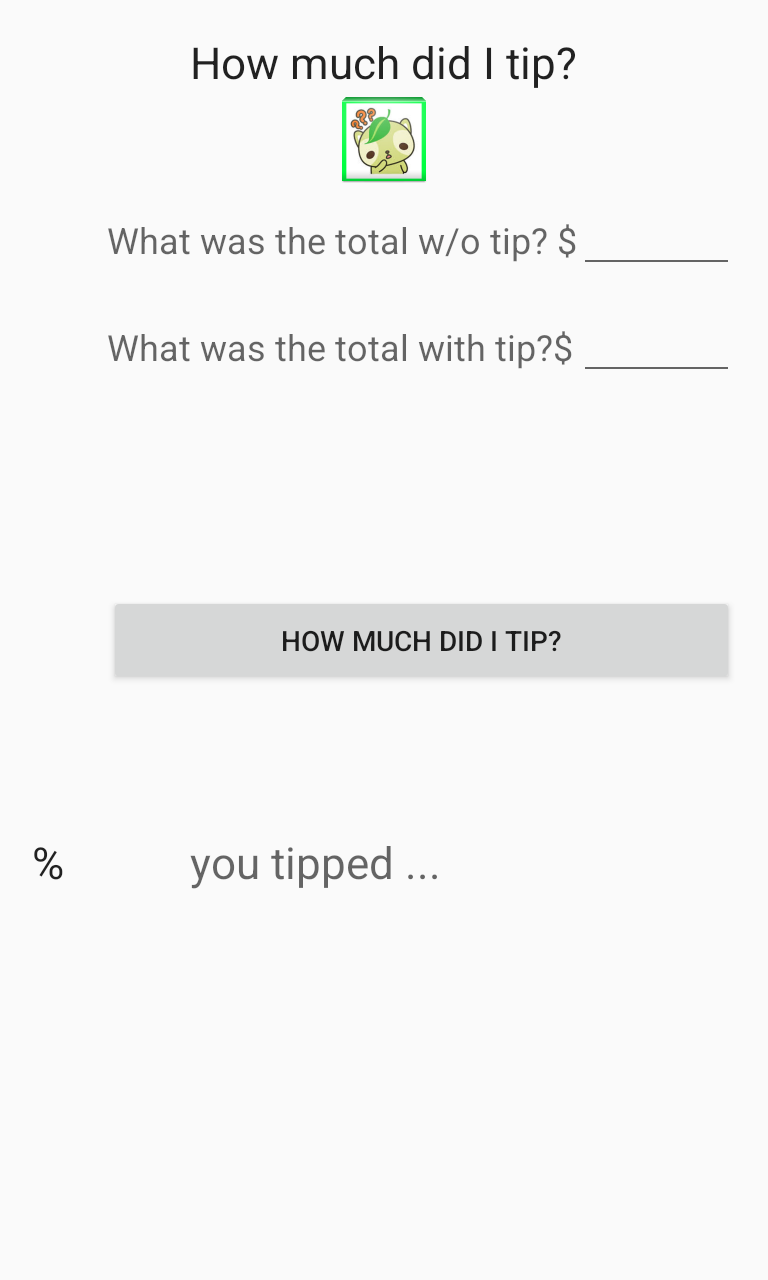
Repository: any027/BillHelper
Layout: BillHelper/res/layout/did_i_tip.xml
The author's editor kept a copy of each file at every save. The layout is drawn from the files as they stood at one save, then again after the next save.
It is drawn on a 768 x 1280 px phone screen (xhdpi) without system bars, with theme AppTheme; the app's code is not run.

Above is the layout before, as saved 2015-06-29 18:48:10.

### BillHelper/res/layout/did_i_tip.xml
<RelativeLayout xmlns:android="http://schemas.android.com/apk/res/android"
    xmlns:tools="http://schemas.android.com/tools"
    android:layout_width="match_parent"
    android:layout_height="match_parent"
    android:paddingBottom="@dimen/activity_vertical_margin"
    android:paddingLeft="@dimen/activity_horizontal_margin"
    android:paddingRight="@dimen/activity_horizontal_margin"
    android:paddingTop="@dimen/activity_vertical_margin"
    tools:context="com.example.billhelper.MainActivity$PlaceholderFragment" >

    <TextView
        android:id="@+id/section_label"
        android:layout_width="wrap_content"
        android:layout_height="wrap_content" />

    <TextView
        android:id="@+id/didTitle"
        android:layout_width="wrap_content"
        android:layout_height="wrap_content"
        android:layout_centerHorizontal="true"
        android:text="@string/did_i_tip"
        android:textAppearance="?android:attr/textAppearanceLarge" />

    <EditText
        android:id="@+id/totalWithoutTipVal"
        android:layout_width="wrap_content"
        android:layout_height="wrap_content"
        android:layout_alignBaseline="@+id/howMuchTotal"
        android:layout_alignBottom="@+id/howMuchTotal"
        android:layout_toRightOf="@+id/didTitle"
        android:ems="10"
        android:inputType="numberDecimal" />

    <ImageView
        android:id="@+id/didHelper"
        android:layout_width="wrap_content"
        android:layout_height="wrap_content"
        android:layout_below="@+id/didTitle"
        android:layout_centerHorizontal="true"
        android:src="@drawable/did_helper" />

    <TextView
        android:id="@+id/howMuchTotal"
        android:layout_width="wrap_content"
        android:layout_height="wrap_content"
        android:layout_below="@+id/didHelper"
        android:layout_marginTop="14dp"
        android:layout_toLeftOf="@+id/totalWithoutTipVal"
        android:text="What was the total w/o tip? $"
        android:textAppearance="?android:attr/textAppearanceMedium" />

    <TextView
        android:id="@+id/howMuchTipQuestiong"
        android:layout_width="wrap_content"
        android:layout_height="wrap_content"
        android:layout_alignLeft="@+id/howMuchTotal"
        android:layout_below="@+id/howMuchTotal"
        android:layout_marginTop="29dp"
        android:text="What was the total with tip?$"
        android:textAppearance="?android:attr/textAppearanceMedium" />

    <EditText
        android:id="@+id/totalWithTip"
        android:layout_width="wrap_content"
        android:layout_height="wrap_content"
        android:layout_alignBaseline="@+id/howMuchTipQuestiong"
        android:layout_alignBottom="@+id/howMuchTipQuestiong"
        android:layout_alignLeft="@+id/totalWithoutTipVal"
        android:ems="10"
        android:inputType="numberDecimal" />

    <Button
        android:id="@+id/FigureOutPercent"
        android:layout_width="wrap_content"
        android:layout_height="wrap_content"
        android:layout_alignLeft="@+id/howMuchTipQuestiong"
        android:layout_alignRight="@+id/totalWithTip"
        android:layout_centerVertical="true"
        android:text="HOw much did I tip?" />

    <TextView
        android:id="@+id/dollarSignDid"
        android:layout_width="wrap_content"
        android:layout_height="wrap_content"
        android:layout_alignLeft="@+id/section_label"
        android:layout_below="@+id/FigureOutPercent"
        android:layout_marginTop="72dp"
        android:text="%"
        android:textAppearance="?android:attr/textAppearanceLarge" />

    <TextView
        android:id="@+id/textView1"
        android:layout_width="wrap_content"
        android:layout_height="wrap_content"
        android:layout_alignBaseline="@+id/dollarSignDid"
        android:layout_alignBottom="@+id/dollarSignDid"
        android:layout_alignLeft="@+id/didTitle"
        android:layout_alignRight="@+id/FigureOutPercent"
        android:hint="you tipped ..."
        android:textAppearance="?android:attr/textAppearanceLarge" />

</RelativeLayout>

### BillHelper/res/values/strings.xml
<?xml version="1.0" encoding="utf-8"?>
<resources>

    <string name="app_name">Bill helper</string>
    <string name="title_section1">Home Screen</string>
    <string name="title_section2">How much do I tip?</string>
    <string name="title_section3">How much did I tip?</string>
    <string name="title_section4">I want to split the Bill</string>
    <string name="navigation_drawer_open">Open navigation drawer</string>
    <string name="navigation_drawer_close">Close navigation drawer</string>
    <string name="action_example">Example action</string>
    <string name="action_settings">Settings</string>
    <string name="welcome">Welcome to Bill Helper!</string>
    <string name="welcome_question">What do you need help with?</string>
    <string name="did_i_tip">How much did I tip?</string>
    <string name="do_i_tip">How much is tip?</string>
    <string name="splitting">I want to split the bill</string>
    <string name="bill_total">What was the total?</string>
    <string name="percent_tip">How much do you want to tip?</string>

</resources>

Loaded but not shown: BillHelper/res/values/styles.xml (common file); BillHelper/res/values-v11/styles.xml (common file); BillHelper/res/values-v14/styles.xml (common file); BillHelper/res/values/dimens.xml (common file); BillHelper/res/values-w820dp/dimens.xml (common file)

After the next save:
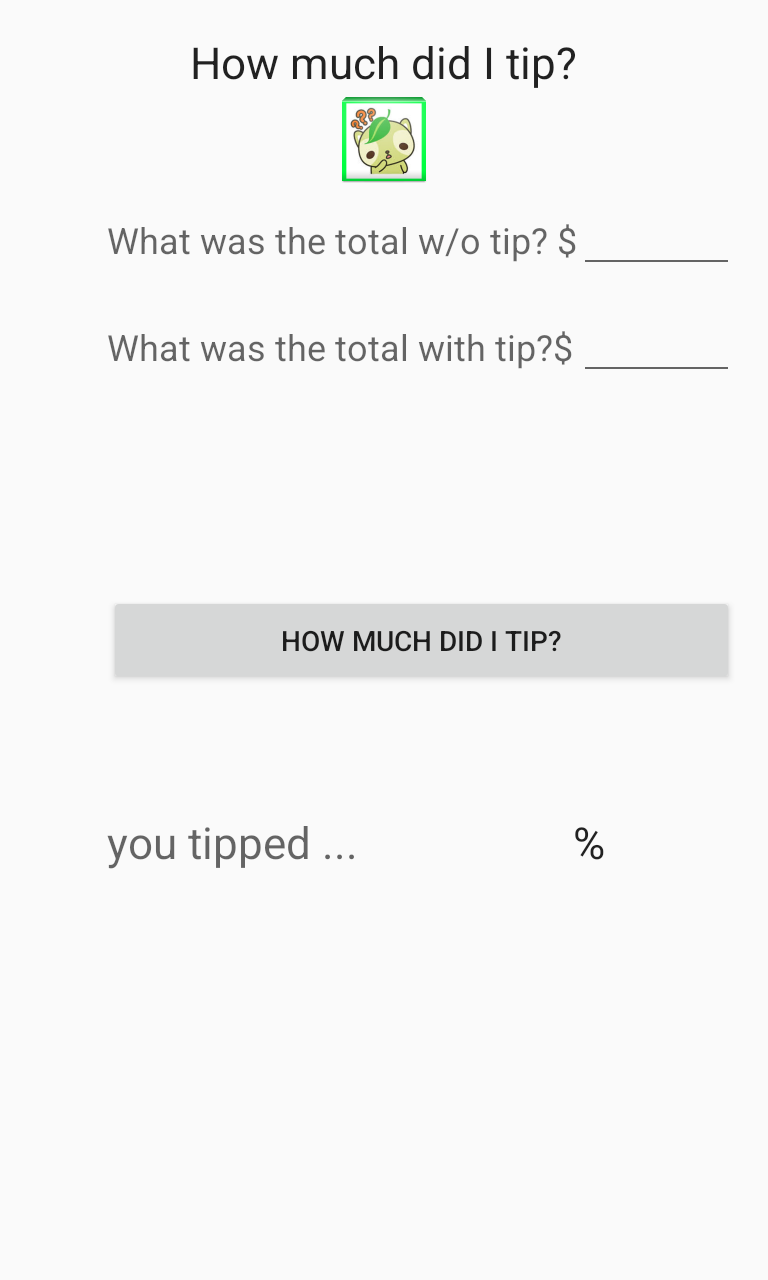
Saved 31 s later.
--- a/BillHelper/res/layout/did_i_tip.xml
+++ b/BillHelper/res/layout/did_i_tip.xml
@@ -79,24 +79,24 @@
         android:text="HOw much did I tip?" />
 
     <TextView
+        android:id="@+id/textView1"
+        android:layout_width="wrap_content"
+        android:layout_height="wrap_content"
+        android:layout_alignLeft="@+id/FigureOutPercent"
+        android:layout_alignRight="@+id/howMuchTipQuestiong"
+        android:layout_below="@+id/FigureOutPercent"
+        android:layout_marginTop="62dp"
+        android:hint="you tipped ..."
+        android:textAppearance="?android:attr/textAppearanceLarge" />
+
+    <TextView
         android:id="@+id/dollarSignDid"
         android:layout_width="wrap_content"
         android:layout_height="wrap_content"
-        android:layout_alignLeft="@+id/section_label"
-        android:layout_below="@+id/FigureOutPercent"
-        android:layout_marginTop="72dp"
+        android:layout_alignBaseline="@+id/textView1"
+        android:layout_alignBottom="@+id/textView1"
+        android:layout_toRightOf="@+id/textView1"
         android:text="%"
         android:textAppearance="?android:attr/textAppearanceLarge" />
 
-    <TextView
-        android:id="@+id/textView1"
-        android:layout_width="wrap_content"
-        android:layout_height="wrap_content"
-        android:layout_alignBaseline="@+id/dollarSignDid"
-        android:layout_alignBottom="@+id/dollarSignDid"
-        android:layout_alignLeft="@+id/didTitle"
-        android:layout_alignRight="@+id/FigureOutPercent"
-        android:hint="you tipped ..."
-        android:textAppearance="?android:attr/textAppearanceLarge" />
-
 </RelativeLayout>
